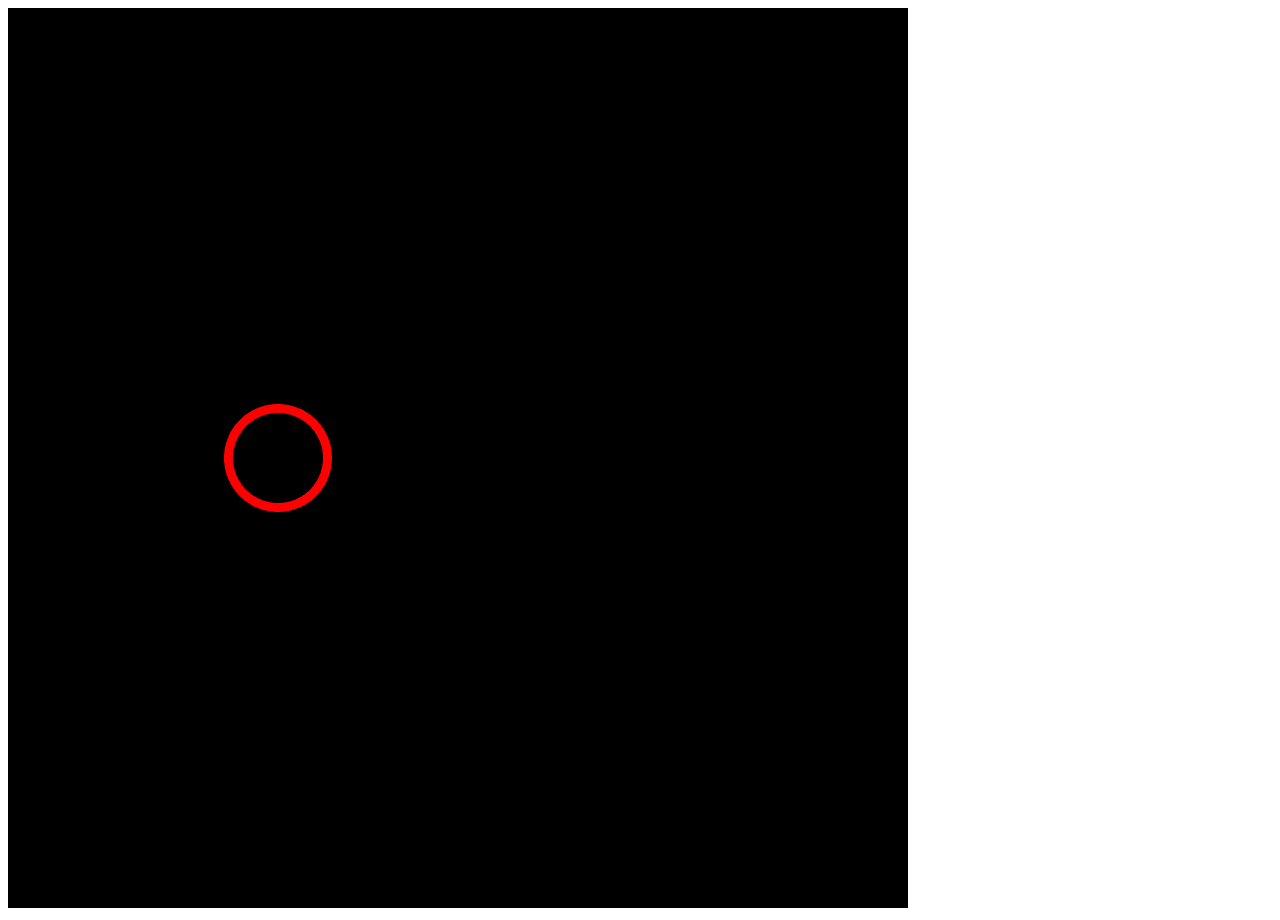
Repository: ChristeZeng/ComputerGraphics
Page: Lab2/Test.html
An editor plug-in stored every save of this project. The page is shown before and after the next save, followed by the edit.
The browser window is 1280 px wide. The pictures show the whole page.

Above is the page before, as saved 2021-10-03 16:20:33.

After the next save:
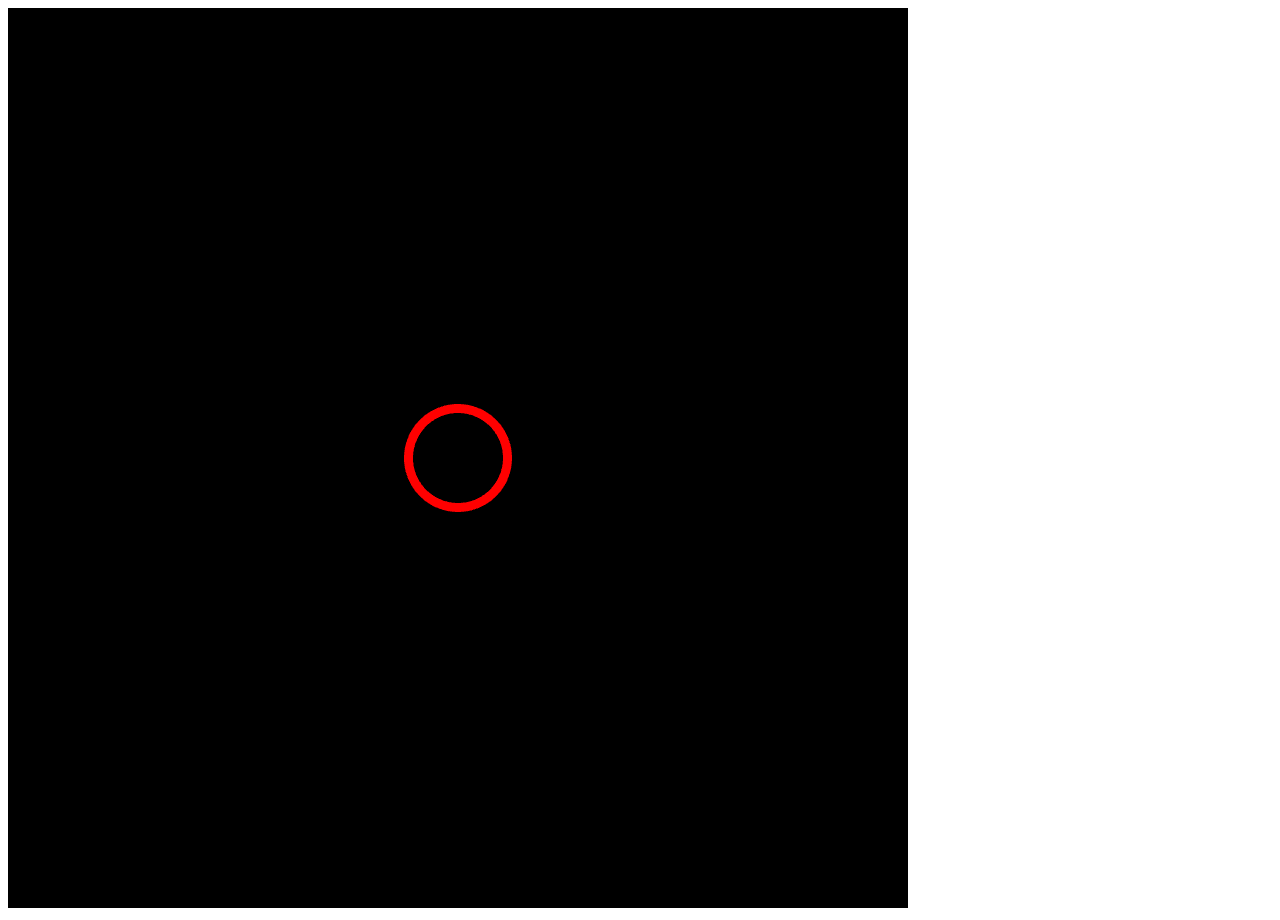
Saved 10 s later.
--- a/Lab2/Test.js
+++ b/Lab2/Test.js
@@ -84,9 +84,9 @@
     for (var i = 0; i <= N; i++)
     {
         var theta = i * 2 * Math.PI / N;
-        var x_inner = -0.4 + r_inner * Math.sin(theta);
+        var x_inner = r_inner * Math.sin(theta);
         var y_inner = r_inner * Math.cos(theta);
-        var x_outter = -0.4 + r_outter * Math.sin(theta);
+        var x_outter = r_outter * Math.sin(theta);
         var y_outter = r_outter * Math.cos(theta);
         vertices.push(x_inner, y_inner);
         vertices.push(x_outter, y_outter);
